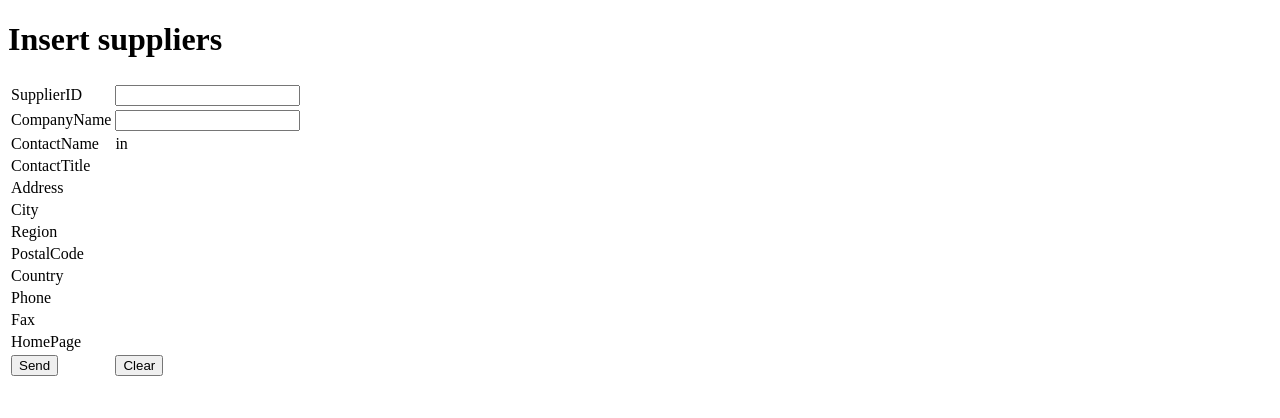
Repository: kaza1509/PRJ301
Page: SE1613/web/addSupplier.html
The author's editor kept a copy of each file at every save. The page is drawn from the files as they stood at one save, then again after the next save.
The browser window is 1280 px wide. The pictures show the whole page.

Above is the page before, as saved 2022-01-20 14:42:30.

### SE1613/web/addSupplier.html
<!DOCTYPE html>
<html lang="en">
    <head>
        <meta charset="UTF-8">
        <meta http-equiv="X-UA-Compatible" content="IE=edge">
        <meta name="viewport" content="width=device-width, initial-scale=1.0">
        <title>Document</title>
    </head>
    <body>
        <form action="" method="post">
            <table>
                <tr>
                    <h1>Insert suppliers</h1>
                </tr>
                <tr>
                    <td>SupplierID</td>
                    <td>
                        <input type="number" name="SupplierId">
                    </td>
                </tr>
                <tr>
                    <td>CompanyName</td>
                    <td>
                        <input type="text" name="companyName">
                    </td>
                </tr>
                <tr>
                    <td>ContactName</td>
                    <td>
                        in
                    </td>
                </tr>
                <tr>
                    <td>ContactTitle</td>
                    <td></td>
                </tr>
                <tr>
                    <td>Address</td>
                    <td></td>
                </tr>
                <tr>
                    <td>City</td>
                    <td></td>
                </tr>
                <tr>
                    <td>Region</td>
                    <td></td>
                </tr>
                <tr>
                    <td>PostalCode</td>
                    <td></td>
                </tr>
                <tr>
                    <td>Country</td>
                    <td></td>
                </tr>
                <tr>
                    <td>Phone</td>
                    <td></td>
                </tr>
                <tr>
                    <td>Fax</td>
                    <td></td>
                </tr>
                <tr>
                    <td>HomePage</td>
                    <td></td>
                </tr>
                <tr>
                    <td>
                        <input type="submit" value="Send">
                    </td>
                    <td>
                        <input type="reset" value="Clear">
                    </td>
                </tr>
            </table>
        </form>
    </body>
</html>

After the next save:
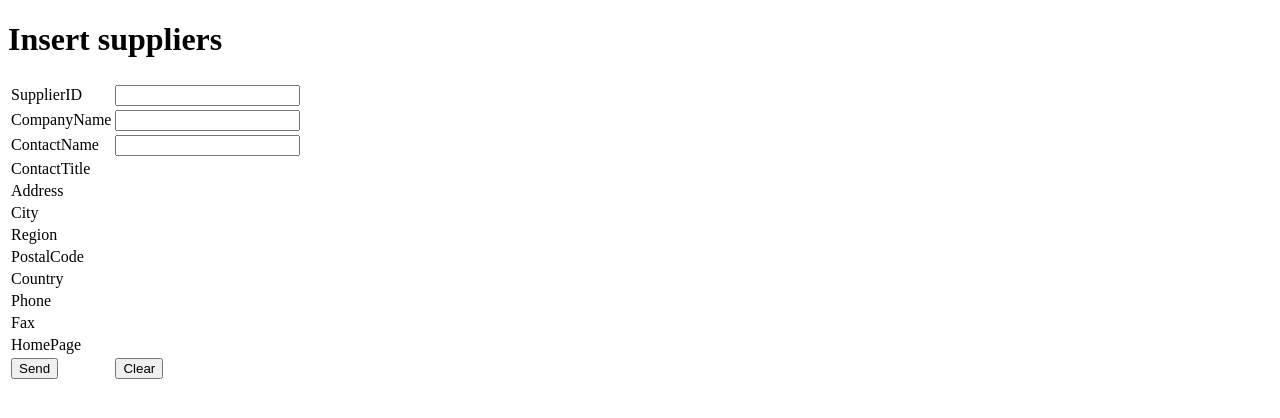
Saved 4 s later.
--- a/SE1613/web/addSupplier.html
+++ b/SE1613/web/addSupplier.html
@@ -27,7 +27,7 @@
                 <tr>
                     <td>ContactName</td>
                     <td>
-                        in
+                        <input type="contactName">
                     </td>
                 </tr>
                 <tr>
